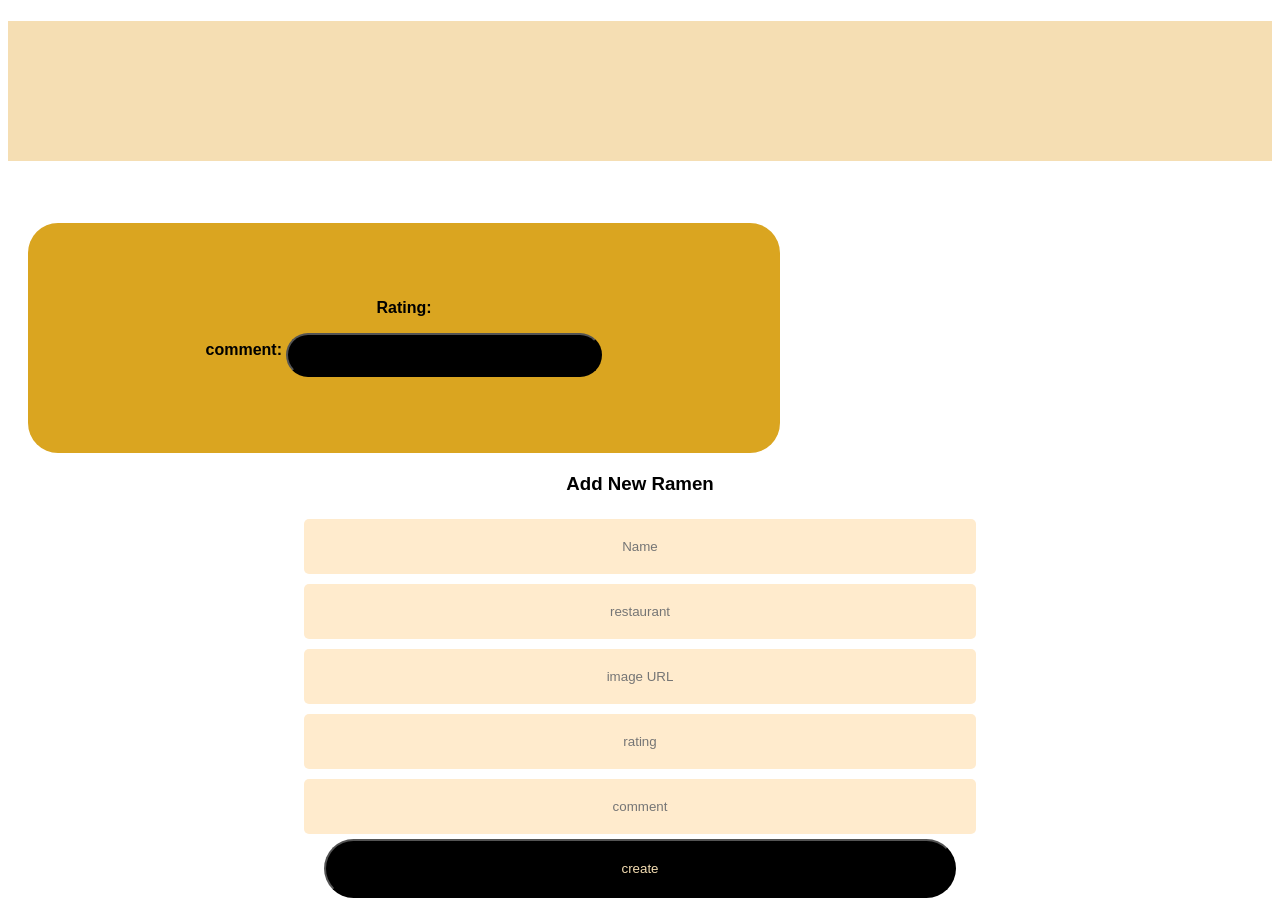
Repository: travinne/travthegr88
Page: code/ramen-rating-app/index.html
An editor plug-in stored every save of this project. The page is shown before and after the next save, followed by the edit.
The browser window is 1280 px wide. The pictures show the whole page.

Above is the page before, as saved 2025-03-18 12:12:10.

### code/ramen-rating-app/index.html
<!DOCTYPE html>
<html lang="en">
<head>
    <meta charset="UTF-8">
    <meta name="viewport" content="width=device-width, initial-scale=1.0">
    <title>Document</title>
    <link rel="stylesheet" href="style.css">
    <script src="js/index.js" defer></script>
</head>
<body>

        <h1 id="title"></h1>
       <div id="main">
        <div id="ramen-menu">
        </div>
        <div >
            <form id="edit-ramen-form">
            <p><strong>Rating:</strong><span id="update Rating"min ="1" max ="5">
            <p><strong>comment:</strong><span id="update comment">
            <button id="delete-ramen"></delete button>
        </div>
        <div>
        <form id="new-ramen-form">
        <h3>Add New Ramen</h3>
        <input type="text" name="name" placeholder="Name"required>
        <input type="text" name="restaurant" placeholder="restaurant"required>
        <input type="url" name="image" placeholder="image URL"required>
        <input type="text" name="rating" placeholder="rating">
        <input type="text" name="comment" placeholder="comment">
        <button type="submit">create</button>
        </form>
        </div>
       </div>
</body>
</html>

### code/ramen-rating-app/style.css
* {
   font-family: Arial, sans-serif;
   text-align: center;


}

h1 {
   background:wheat;
   color:black;
   padding: 70px;
}

#ramen-menu {
   display: flex;
   justify-content: baseline;
   gap: 15px;
   padding: 10px;
   border-bottom: 2px ;

}

#ramen-image{
    height:200px;
    width: 200px;
}

form {
       background: goldenrod;
       padding: 60px;
       width: 50%;
       margin: 20px ;
       border-radius: 30px;

   }

input {
       width: 50%;
       padding: 20px;
       margin: 5px;
       border: 1px slategrey ;
       border-radius: 5px;
       background-color: blanchedalmond;



      }

button {
          background-color:black;
          color: wheat;
          padding: 20px;
          cursor: pointer;
          border-radius: 30px;
          width: 50%;
}

button:hover {
          background-color:orangered;
      }

Loaded but not shown: code/ramen-rating-app/Js/index.js (no copy from this time; the picture is the same without it)

After the next save:
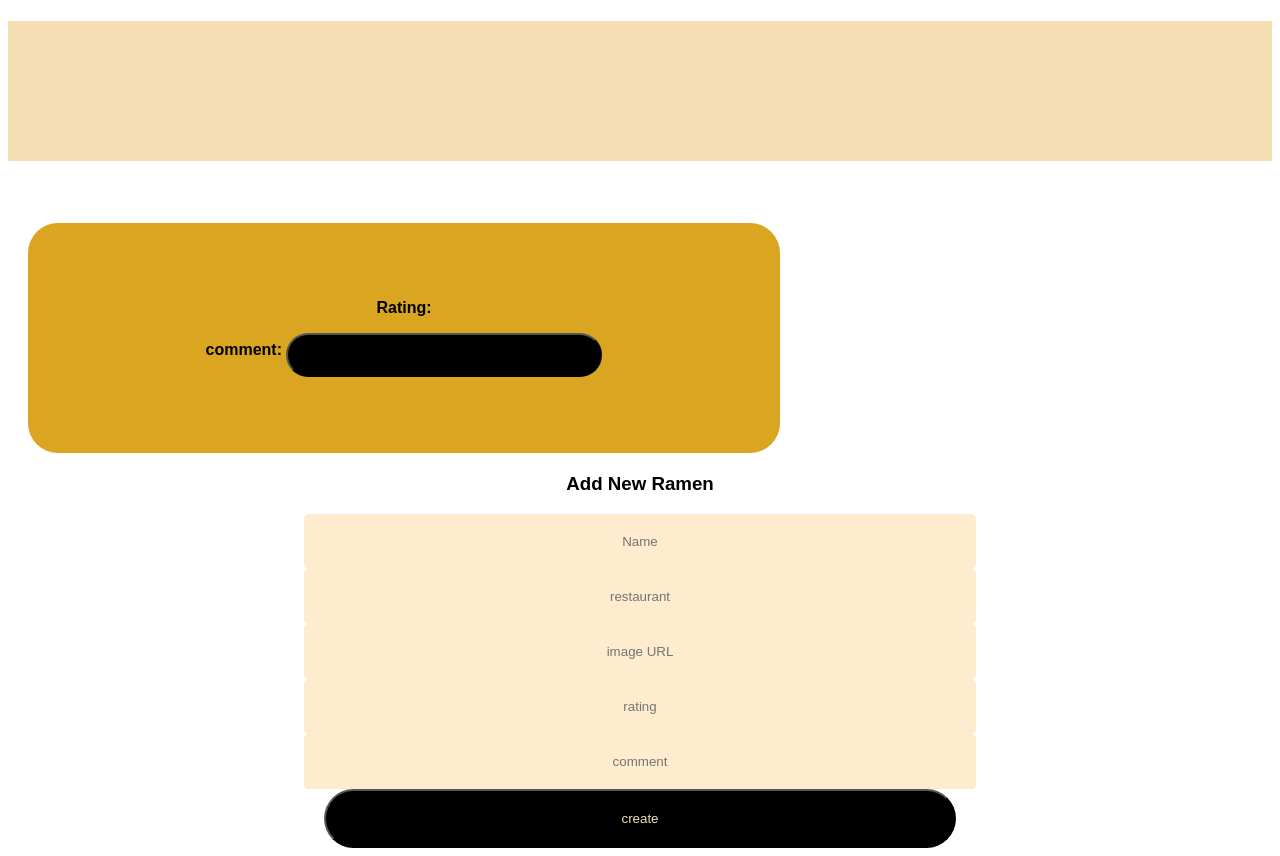
Saved 45 s later.
--- a/code/ramen-rating-app/style.css
+++ b/code/ramen-rating-app/style.css
@@ -37,7 +37,7 @@
 input {
        width: 50%;
        padding: 20px;
-       margin: 5px;
+       margin: 5px solid black;
        border: 1px slategrey ;
        border-radius: 5px;
        background-color: blanchedalmond;

After the save that followed:
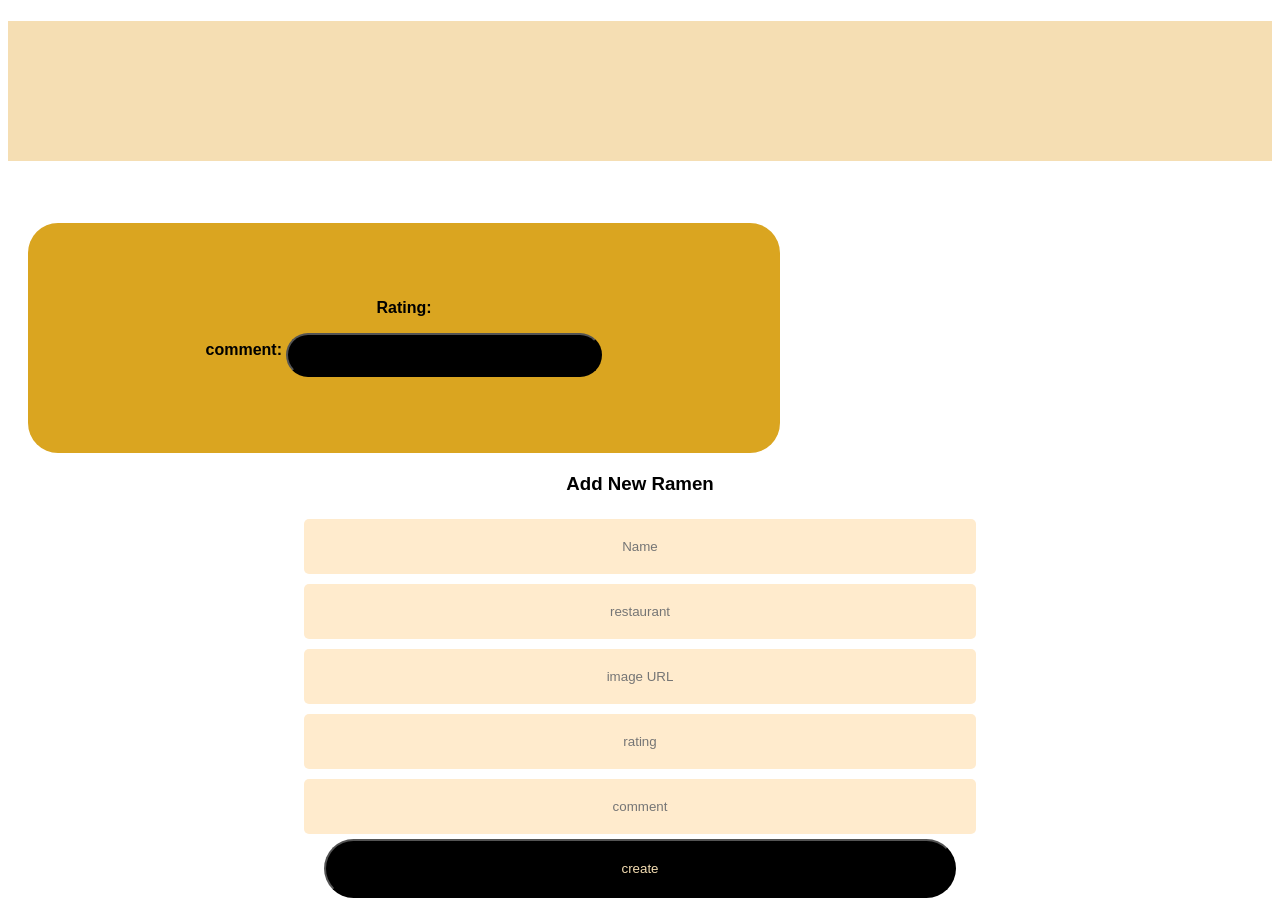
Saved 24 s later.
--- a/code/ramen-rating-app/style.css
+++ b/code/ramen-rating-app/style.css
@@ -37,7 +37,7 @@
 input {
        width: 50%;
        padding: 20px;
-       margin: 5px solid black;
+       margin: 5px;
        border: 1px slategrey ;
        border-radius: 5px;
        background-color: blanchedalmond;
